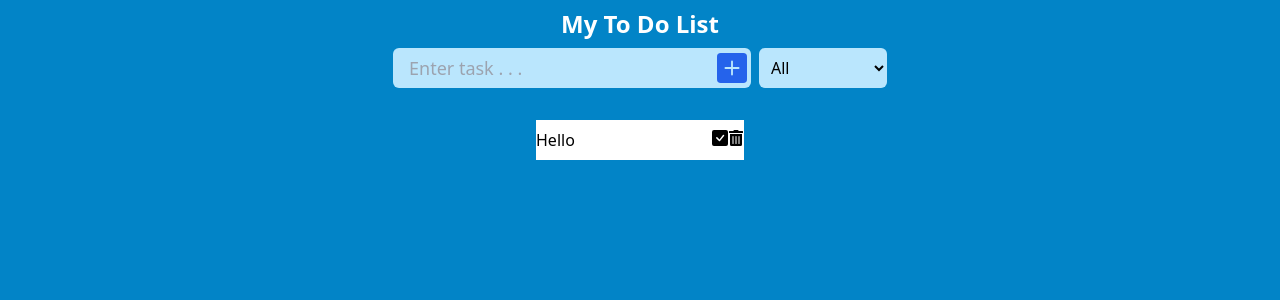
Repository: SaadYasin/react-to-do-list
Page: /
The author's editor kept a copy of each file at every save. The page is drawn from the files as they stood at one save, then again after the next save.
The browser window is 1280 px wide. The pictures show the whole page.
The project was rebuilt for these pictures with package versions that can differ from the ones it lists, and the page was loaded fresh each time. Also part of the build but not shown: src/App.css.

Above is the page before, as saved 2022-11-10 22:54:04.

### public/index.html
<!DOCTYPE html>
<html lang="en">
  <head>
    <meta charset="utf-8" />
    <link rel="icon" href="%PUBLIC_URL%/favicon.ico" />
    <meta name="viewport" content="width=device-width, initial-scale=1" />
    <meta name="theme-color" content="#000000" />
    <meta
      name="description"
      content="Web site created using create-react-app"
    />
    <link rel="apple-touch-icon" href="%PUBLIC_URL%/logo192.png" />

    <link rel="manifest" href="%PUBLIC_URL%/manifest.json" />

    <title>React | To Do List</title>
  </head>
  <body>
    <noscript>You need to enable JavaScript to run this app.</noscript>
    <div id="root"></div>

  </body>
</html>

### src/App.js
import React from 'react';
import Header from './components/Header';
import Input from './components/Input';
import TodoList from './components/TodoList';
import './App.css';

function App() {
  const [inputText, setInputText] = React.useState(null);
  const [todos, setTodos] = React.useState([]);

  return (
    <div className="flex flex-col items-center bg-sky-600 h-screen">
      <Header />
      <Input todos={todos} setTodos={setTodos} setInputText={setInputText} inputText={inputText} />
      <h1>{ inputText }</h1>
      <TodoList />

    </div>
  );
}

export default App;

### src/components/Header.js
import React from 'react'
import Input from './Input'

const Header = () => {
  return (
    <div>
      <h1 className="text-2xl font-bold text-white my-2">My To Do List</h1>
    </div>
  );
}

export default Header

### src/components/Input.js
import React from "react";
import { BsFillPlusSquareFill } from "react-icons/bs";

const Input = ({ setInputText, inputText, todos, setTodos }) => {
  const handleInput = (e) => {
    // e.preventDefault();

    console.log(e.target.value);
    setInputText(e.target.value);
  };

  const handleSubmit = (e) => {
    e.preventDefault();

    setTodos([
      ...todos,
      { text: inputText, completed: false, id: Math.random() * 1000 },
    ]);

    setInputText("");
  };
  return (
    <div className="flex">
      <form className="flex h-10 bg-sky-200 rounded-md" onSubmit={handleSubmit}>
        <input
          value={inputText}
          type="text"
          placeholder="Enter task . . ."
          className="text-lg bg-transparent text-gray-800 px-4 w-44 md:w-80 outline-none"
          onChange={handleInput}
        />
        <button className="text-3xl text-blue-600 px-1" type="submit">
          <BsFillPlusSquareFill />
        </button>
      </form>

      <div className="select ml-2 bg-sky-200 rounded-md">
        <select
          name="todos"
          id="filter-todos"
          className="bg-transparent w-32 p-2"
        >
          <option value="all">All</option>
          <option value="completed">Completed</option>
          <option value="uncompleted">UnCompleted</option>
        </select>
      </div>
    </div>
  );
};

export default Input;

### src/components/TodoList.js
import React from 'react'

// Import components
import Todo from './Todo'
export const TodoList = () => {

  return (
    <div>
      <ul>
        <Todo />
      </ul>
    </div>
  )
}

export default TodoList;

### src/components/Todo.js
import React from 'react';
import { BsCheckSquareFill } from "react-icons/bs";
import { FaTrashAlt } from "react-icons/fa";
const Todo = () => {
  return (
    <div className="flex justify-between items-center mt-8 w-52 h-10 bg-white">
      <li>Hello</li>

      <div className="">
      <button>
        <BsCheckSquareFill />
      </button>
      <button><FaTrashAlt /></button>
      </div>
    </div>
  );
}

export default Todo;

Loaded but not shown: src/index.js (common file); src/index.css (common file); tailwind.config.js (common file)

After the next save:
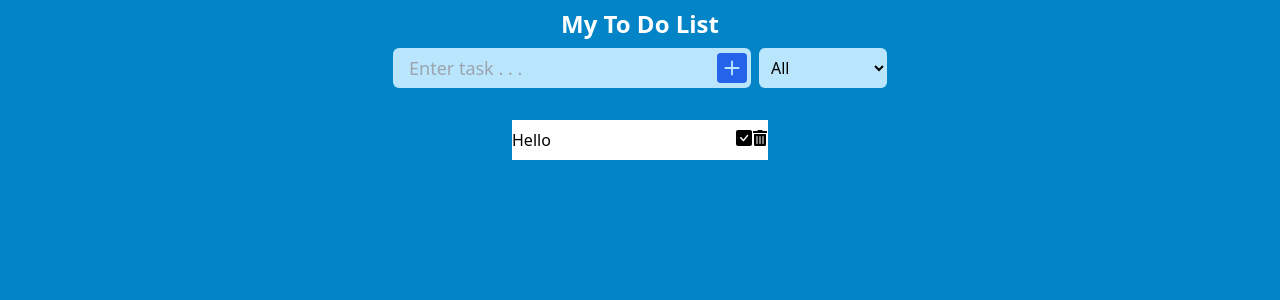
Saved 24 s later.
--- a/src/components/Todo.js
+++ b/src/components/Todo.js
@@ -3,7 +3,7 @@ import { BsCheckSquareFill } from "react-icons/bs";
 import { FaTrashAlt } from "react-icons/fa";
 const Todo = () => {
   return (
-    <div className="flex justify-between items-center mt-8 w-52 h-10 bg-white">
+    <div className="flex justify-between items-center mt-8 w-64 h-10 bg-white">
       <li>Hello</li>
 
       <div className="">
